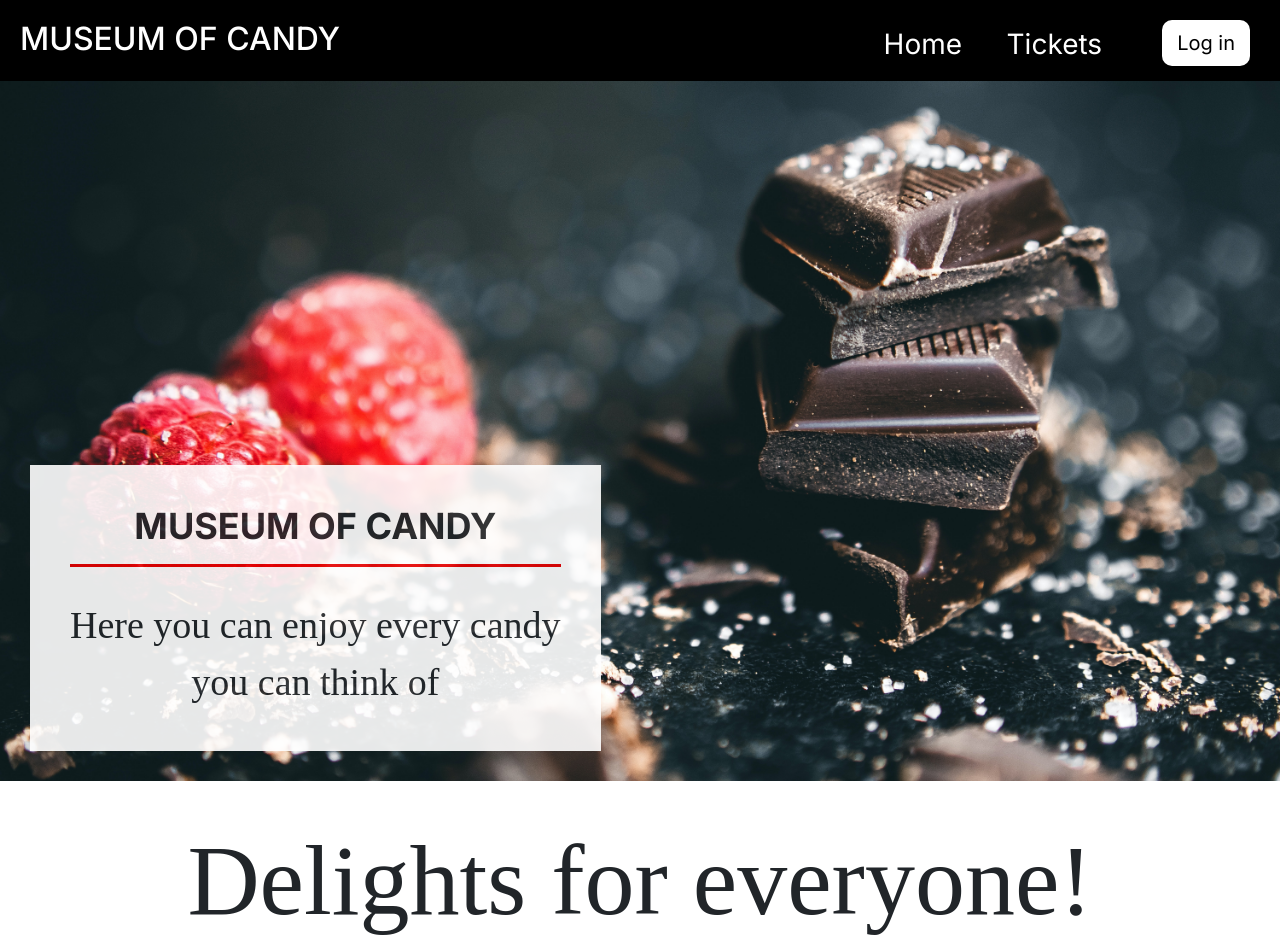
Repository: m-koparanova/MuseumOfCandy
Page: index.html
The author's editor kept a copy of each file at every save. The page is drawn from the files as they stood at one save, then again after the next save.
The browser window is 1280 px wide. The pictures show the part of the page from y = 0 to 952 px (the page is 2840 px tall).
A picture or video elsewhere on the page could not be fetched, so the positions and the page height are approximate. Some web fonts or font styles are not loaded; a fallback is used.

Above is the page before, as saved 2023-03-06 00:22:23.

After the next save:
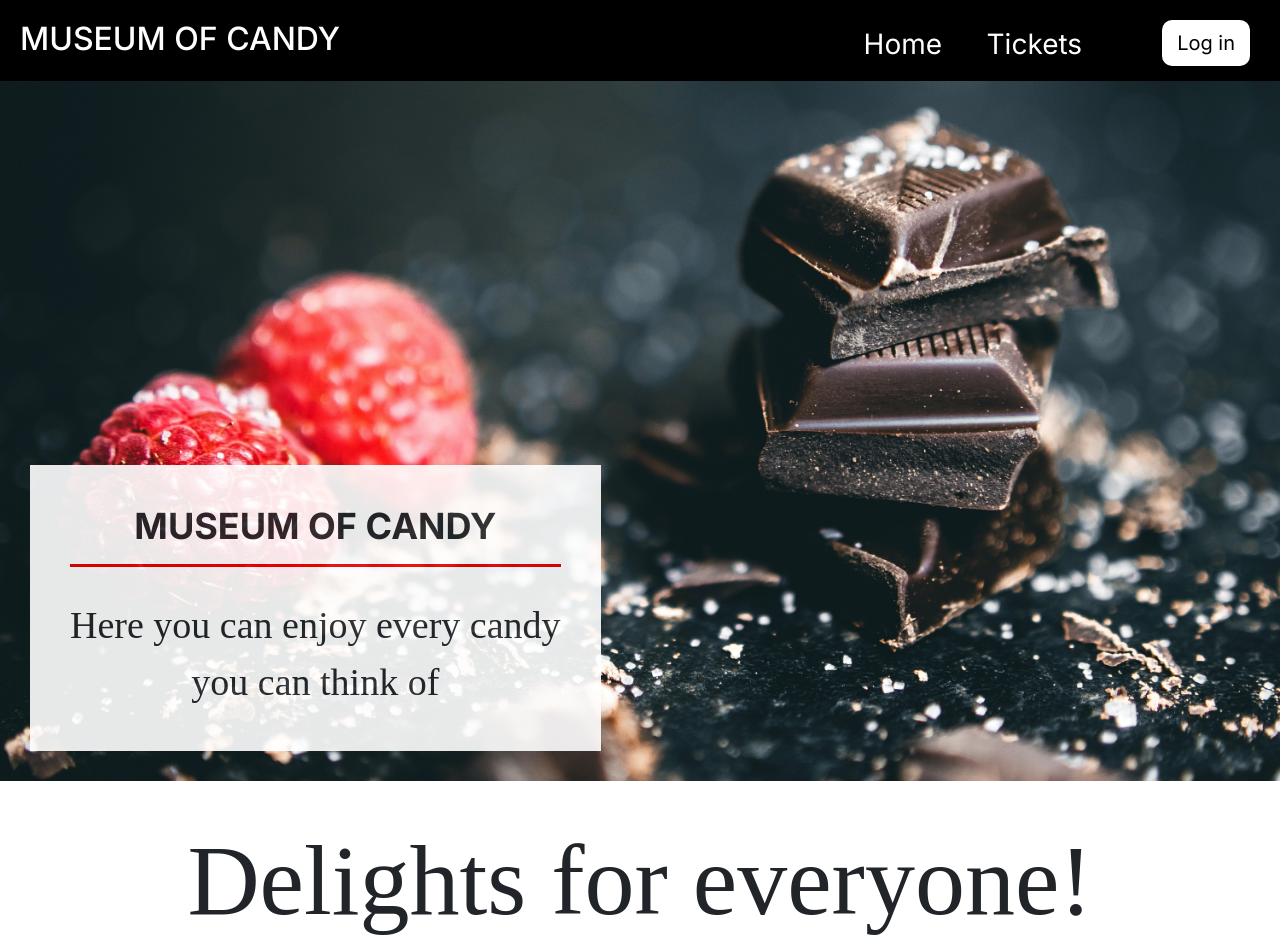
Saved 9 min 53 s later.
--- a/style.css
+++ b/style.css
@@ -54,7 +54,7 @@
     border-radius: 10px;
     padding: 8px 15px 8px 15px;
     margin-right: 30px;
-    margin-left: 40px;
+    margin-left: 60px;
     margin-bottom: 15px;
     font-family: 'Inter', sans-serif;
     text-align: center;
